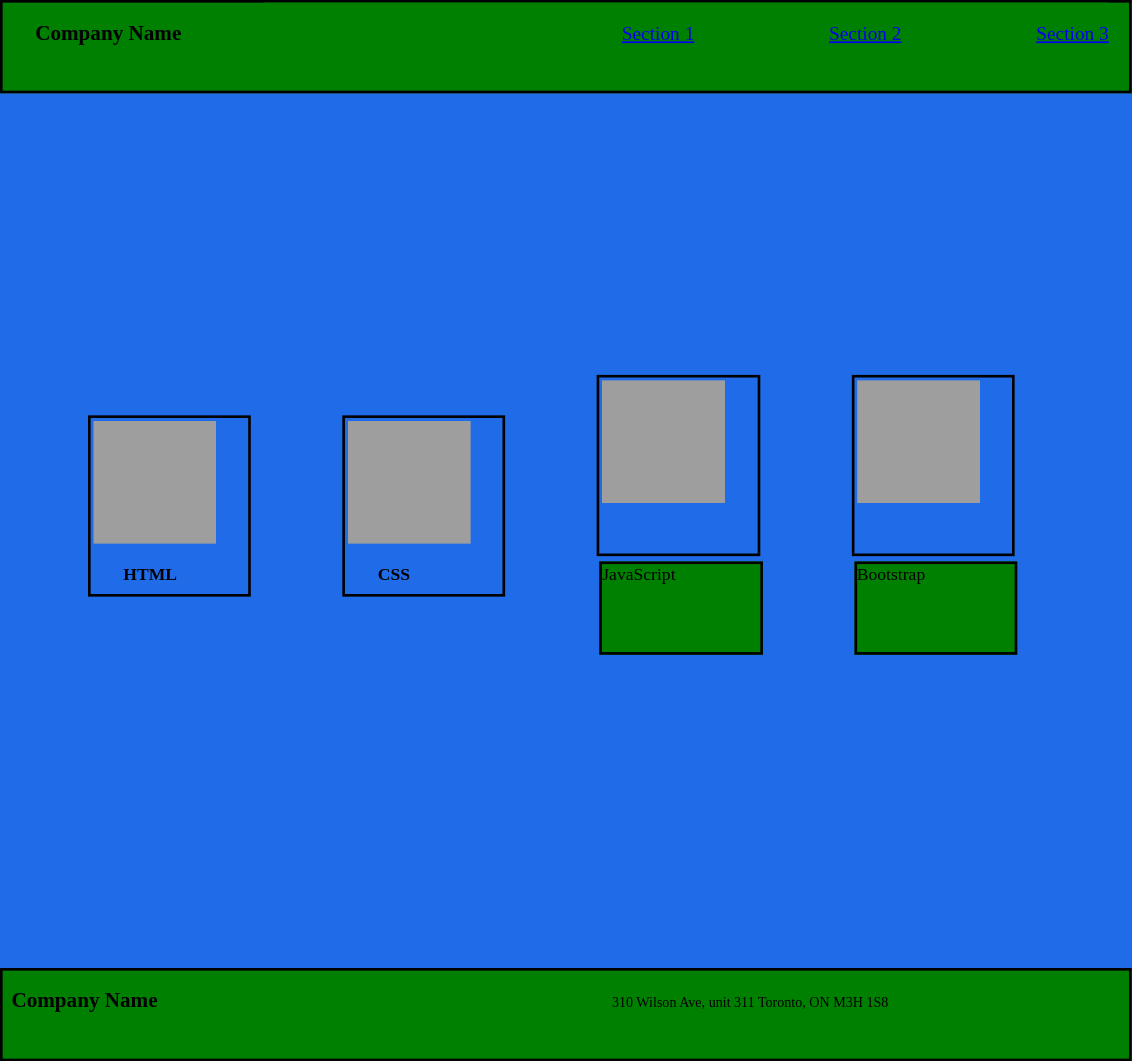
Repository: helloneibor/Project2
Page: section1.html
The author's editor kept a record of every edit. The page is drawn from the files as they stood at one moment, then again after the next edit.
The browser window is 1280 px wide. The page is 1286 px wide, so the pictures cover 1286 px, including what lies to the right of the window. The pictures show the whole page, at 88% of full size.
Pictures or frames that could not be fetched are drawn as grey boxes.

Above is the page before.

### section1.html
<!DOCTYPE html>
<html lang="en">
<head>
    <meta charset="UTF-8">
    <meta name="viewport" content="width=device-width, initial-scale=1.0">
    <meta http-equiv="X-UA-Compatible" content="ie=edge">
    <link rel="stylesheet"href="css/main.css"type="text/css" />
    <title> Project 2 </title>
</head>
<body>
        <header>
            <h2>Company Name</h2>
            <nav class="header_nav">
                <ul>
                    <li class="li1"><a href="section1.html">Section 1</a></li>
                    <li class="li1"><a href="section2.html">Section 2</a></li>
                    <li class="li1"><a href="section3.html">Section 3</a></li>
                </ul>
            </nav>
        </header>
                <section class="countainer">
                    <div>
                        <a href="https://en.wikipedia.org/wiki/HTML" target=_blank>
                        <img class="img_one" src="https://upload.wikimedia.org/wikipedia/commons/thumb/6/61/HTML5_logo_and_wordmark.svg/1200px-HTML5_logo_and_wordmark.svg.png" alt="https://en.wikipedia.org/wiki/HTML"></img>
                        </a>
                        <h2 class="div_foot"> HTML </footer>
                    </div>
                        <div>
                        <a href="https://en.wikipedia.org/wiki/Cascading_Style_Sheets" target=_blank>
                        <img class="img_one" src="https://www.mishelshaji.com/wp-content/uploads/2018/10/css3_logo.png" alt="https://en.wikipedia.org/wiki/Cascading_Style_Sheets"></img>
                        </a>
                            <h2 class="div_foot"> CSS </footer>
                    </div>
                        <div>
                        <a href="https://www.javascript.com/" target=_blank>
                        <img class="img_one" src="https://searchlite.nl/wp-content/uploads/2016/08/JavaScript.png" alt="https://www.javascript.com/"></img>
                        </a>
                            <footer class="div_foot"> JavaScript </footer>
                    </div>
                        <div>
                        <a href="https://getbootstrap.com/" target=_blank>
                        <img class="img_one" src="https://upload.wikimedia.org/wikipedia/commons/e/ea/Boostrap_logo.svg" alt="https://getbootstrap.com/L"></img>
                        </a>
                            <footer class="div_foot"> Bootstrap </footer>
                    </div>
                </section>
                        <footer>
            <nav class="footer_nav">
                <h2 id="footer_head"> Company Name </h2>
                <p class="para_footer"> 310 Wilson Ave,
                unit 311
                Toronto, ON M3H 1S8 </p>
            </nav>
        </footer>
    </body>
        </html>

### css/main.css
body {
    background-color: #206ce8;
/*    border-style: solid;
    border-color: black;
    border-width: 5px;*/
    margin: 0px;
    padding: 0px;
}

header {
    height: 100px;
    background-color: green;
    border-bottom-color: black;
    border-style: solid;
    border-color: black;
    width: 100%;
    display: inline-block;
}

.header_nav {
    background-color: green;
    display:inline-block;
    width: 75%;
    text-align: right;
    font-size: 22px;
}

.header_nav .li1 {
    display: inline-block;
    width: 15%;
    text-align: right;
    margin-left: 10%;
}

h2 {
    width:20%;
    display: inline-block;
    margin-left: 37px;
}

#footer_head {
    width:20%;
    display: inline-block;
    margin-left: 10px;
}

footer {
    height: 100px;
    background-color: green;
    border-bottom-color: black;
    border-style: solid;
    border-color: black;
    width: 100%;
    display: inline-block;
    margin-top: 33%;
}

.para_footer {
    display:inline-block;
    text-align: right;
    margin-left: 33%;
    margin-right: 0px;
}

.countainer {
    width: 100%;
    height: 100%;
    margin-top: 25%;
}

.col3 {
    width: 20%;
    height: 20%;
    display: inline-block;
}

div {
    display: inline-block;
    width: 14%;
    height: 200px;
    margin-left: 100px;
    border-color: black;
    border-width: 3px;
    border-style: solid;
}

.img_one {
    height: 140px;
    width: 140px;
    margin:3px;
}

.div_foot {
    color: black;
    font-size: 20px;
}

form {
    height: 320px;
    width: 700px;
    border-color: black;
    border-width: 3px;
    border-style: solid;
    margin-left: 25%;
    margin-top: 15%;
}

.form_one {
    display: block;
}

form h1 {
    text-align: center;
    text-decoration: bold;
}

#submit_one {
    margin: 20%;
}

After the next edit:
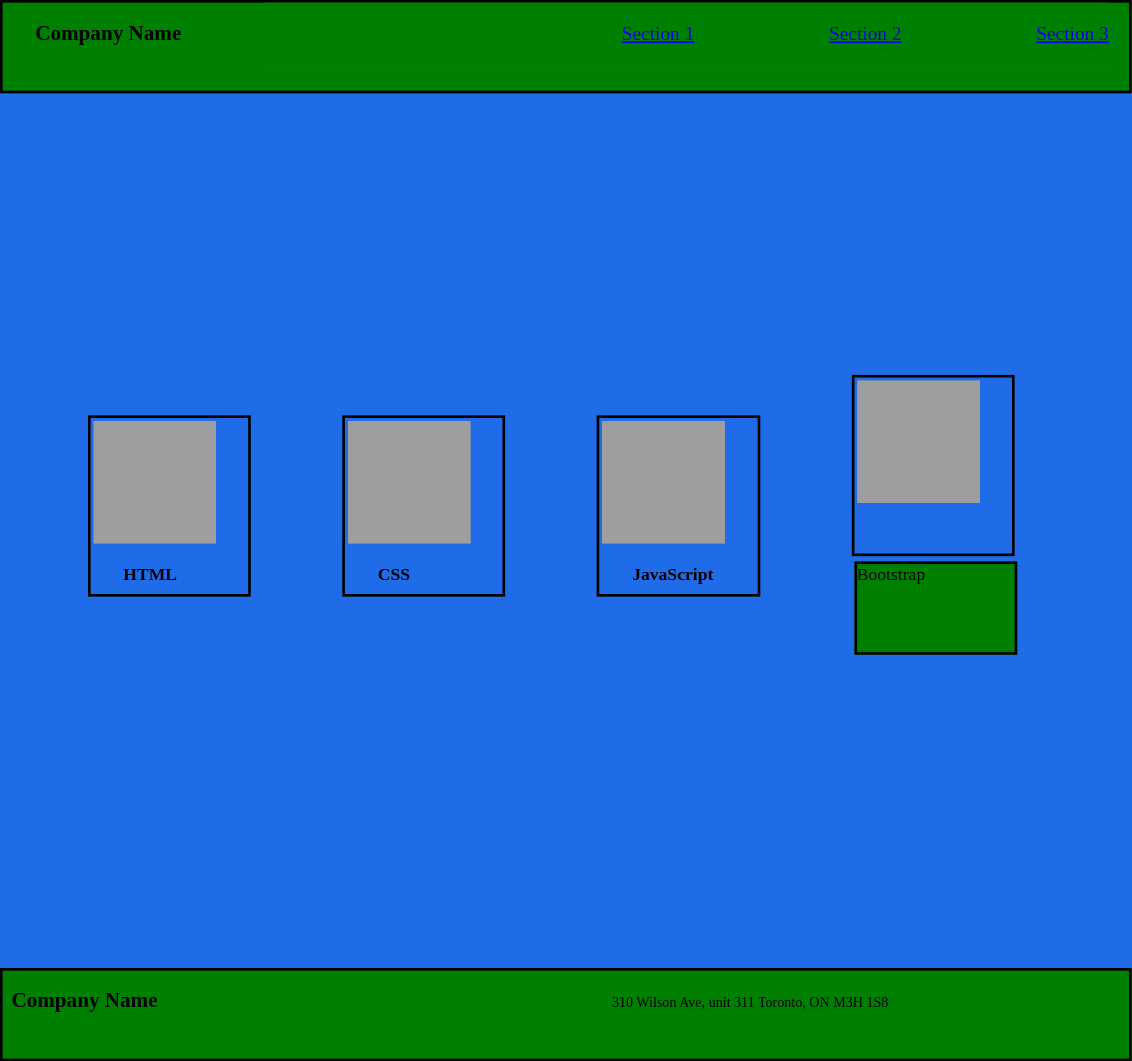
The edit:
--- a/section1.html
+++ b/section1.html
@@ -35,7 +35,7 @@
                         <a href="https://www.javascript.com/" target=_blank>
                         <img class="img_one" src="https://searchlite.nl/wp-content/uploads/2016/08/JavaScript.png" alt="https://www.javascript.com/"></img>
                         </a>
-                            <footer class="div_foot"> JavaScript </footer>
+                            <h2 class="div_foot"> JavaScript </footer>
                     </div>
                         <div>
                         <a href="https://getbootstrap.com/" target=_blank>
